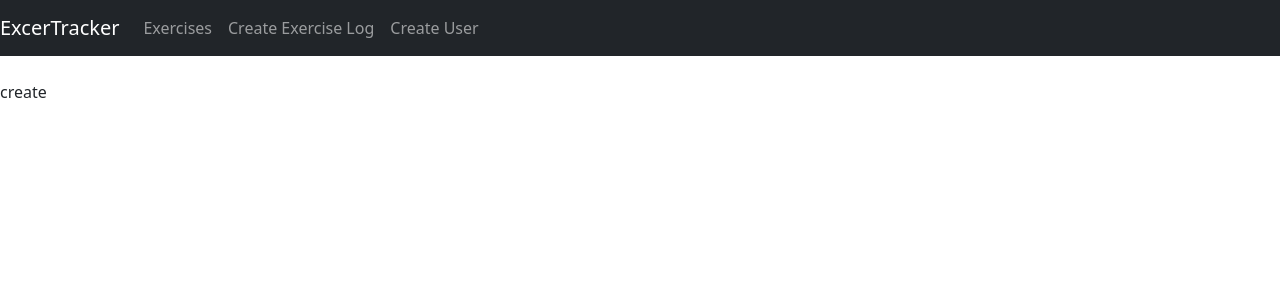
Repository: MarkTFKOP/Exercise_Tracker
Page: /create
An editor plug-in stored every save of this project. The page is shown before and after the next save, followed by the edit.
The browser window is 1280 px wide. The pictures show the whole page.
The project was rebuilt for these pictures with package versions that can differ from the ones it lists, and the page was loaded fresh each time. Also part of the build but not shown: src/App.css, src/components/ExercisesList.js, src/components/EditExercise.js, src/components/CreateUser.js.

Above is the page before, as saved 2021-10-04 17:38:00.

After the next save:
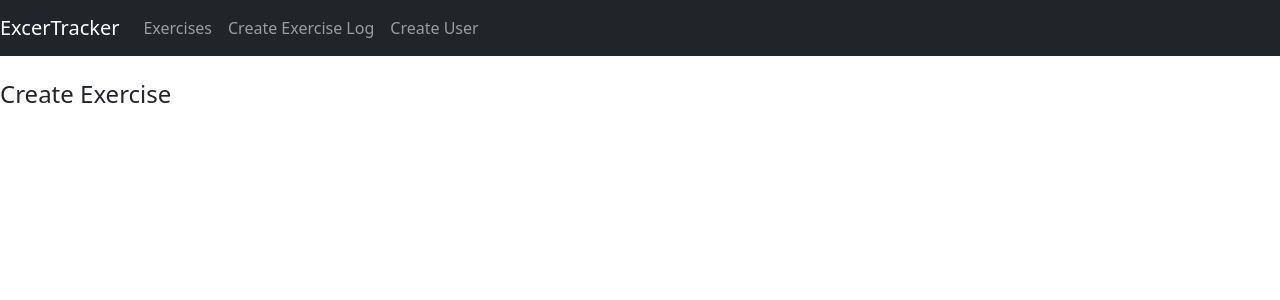
Saved 4 days later.
--- a/src/components/CreateExercise.js
+++ b/src/components/CreateExercise.js
@@ -59,6 +59,9 @@ export default class CreateExercise extends Component {
     render() {
       return (
           <div>
-              create
+              <h4>Create Exercise</h4>
+              <form onSubmit = {this.onSubmit}>
+
+              </form>
           </div>
       )}}
